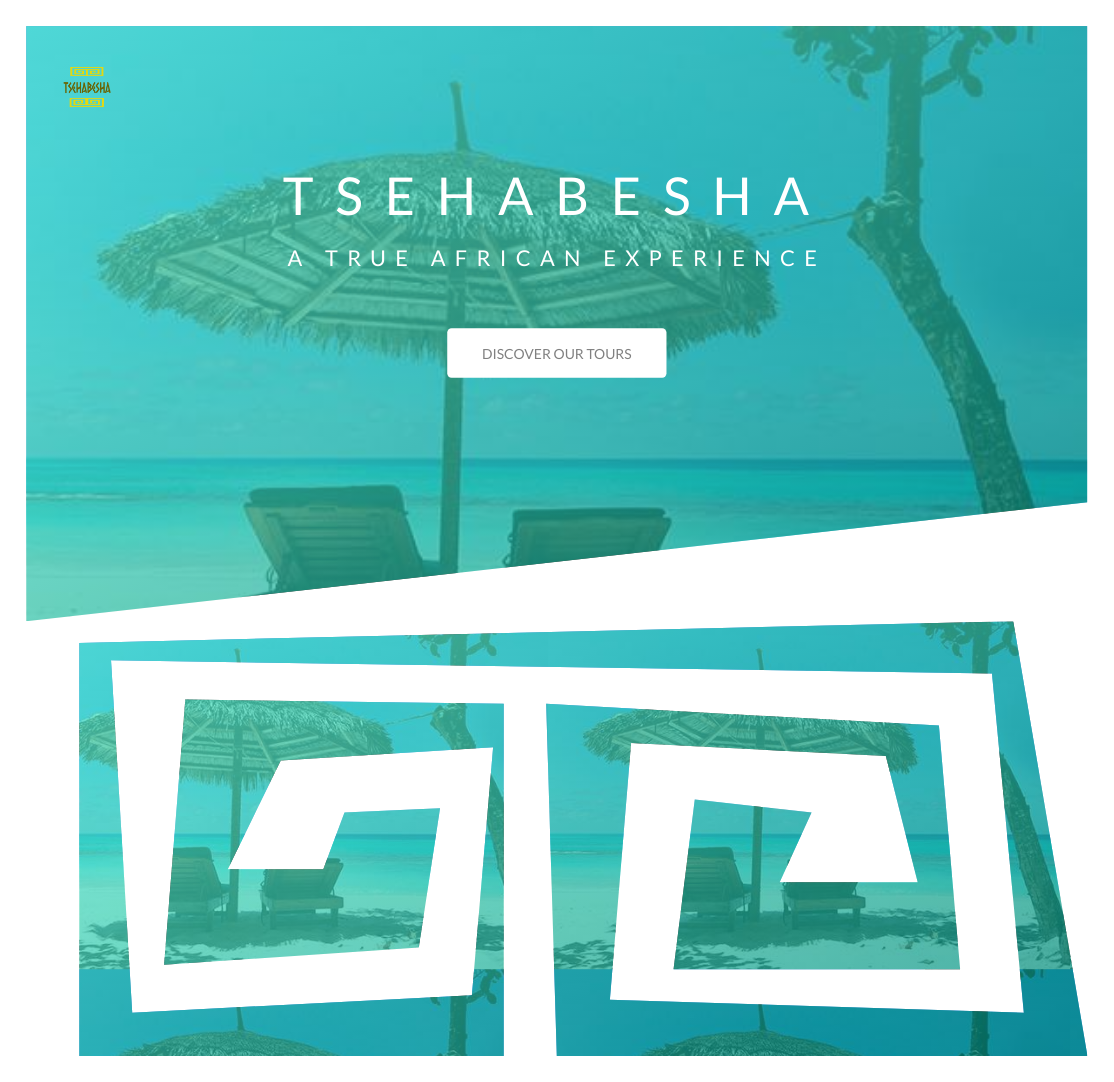
Repository: Azariagmt/tour-and-travel
Page: index.html
These files come from the project's save history. The page is drawn as it stood at one moment and after a run of saves; the edit follows.
The browser window is 1280 px wide. The pictures show the whole page, at 87% of full size.

Above is the page before, as saved 2020-03-25 09:41:08.

After the next 2 saves:
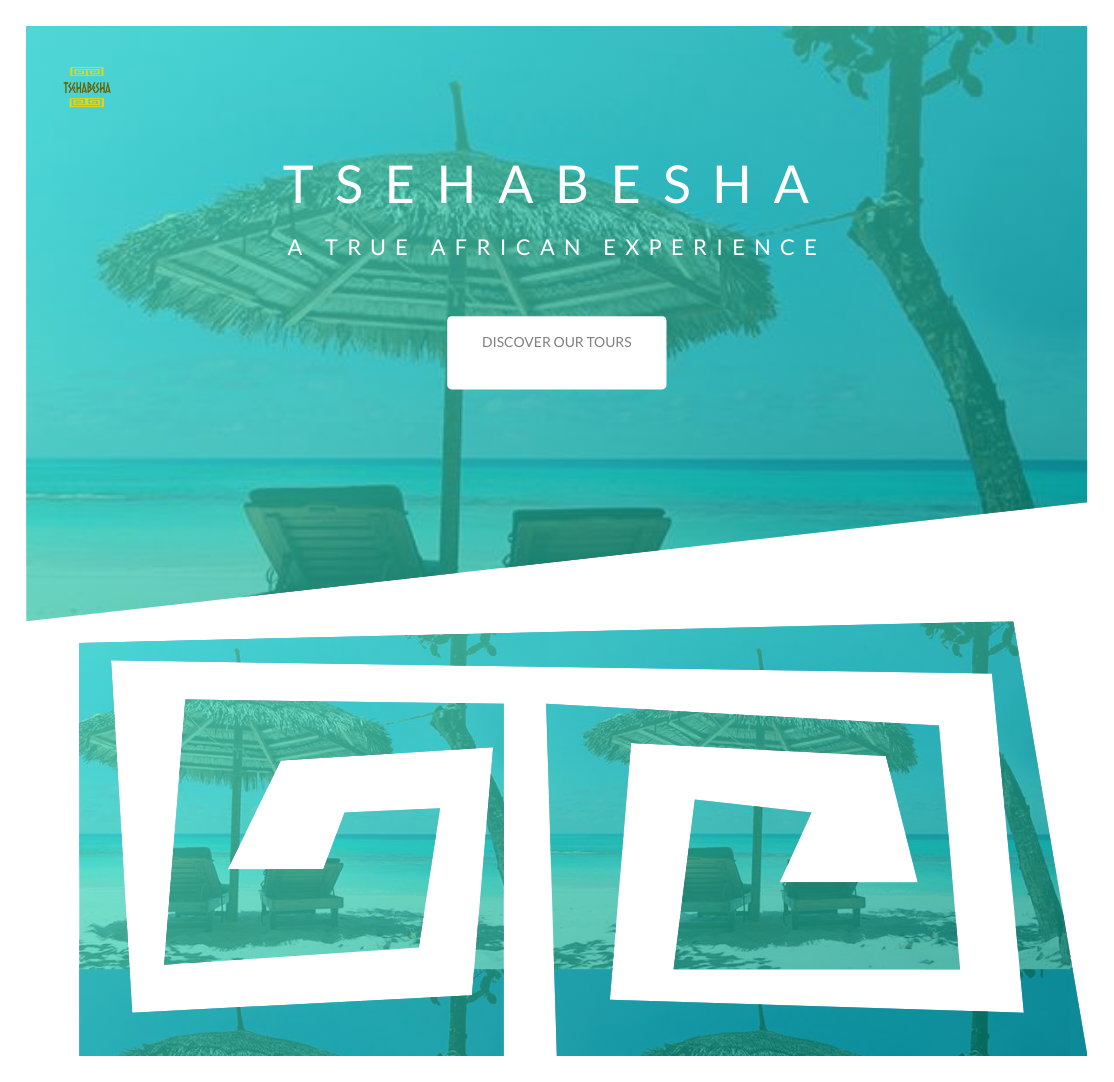
The 2 saves are shown as one change because they came seconds apart.
The last was saved 18 min 16 s later.
--- a/css/style.css
+++ b/css/style.css
@@ -123,6 +123,8 @@ transform: translateX(-100px);
   content:"";
   display: inline-block;
   height: 100%;
+  width:100%;
+  borde
 }
 
 .logo-clip{
